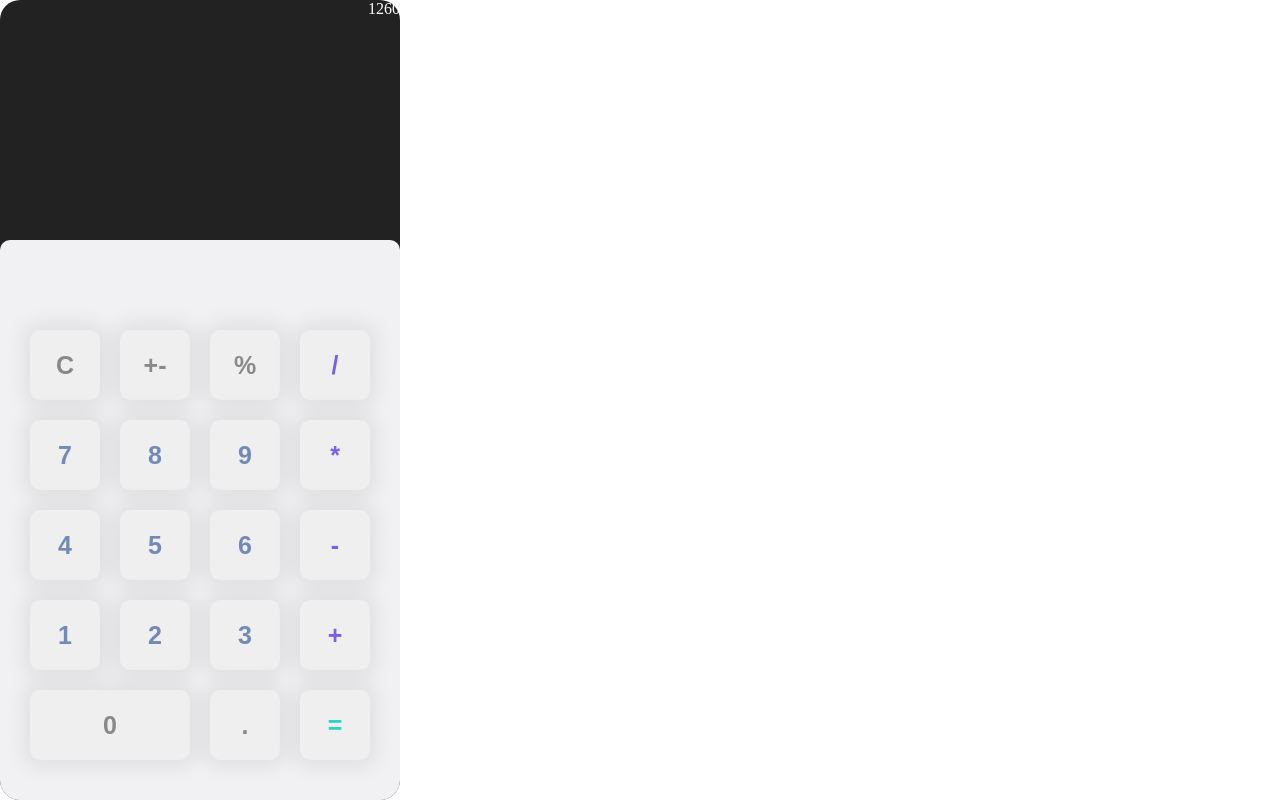
Repository: BrunoBross/calculator
Page: index.html
The author's editor kept a copy of each file at every save. The page is drawn from the files as they stood at one save, then again after a run of saves.
The browser window is 1280 px wide. The pictures show the whole page.

Above is the page before, as saved 2021-11-30 23:15:00.

After the next 3 saves:
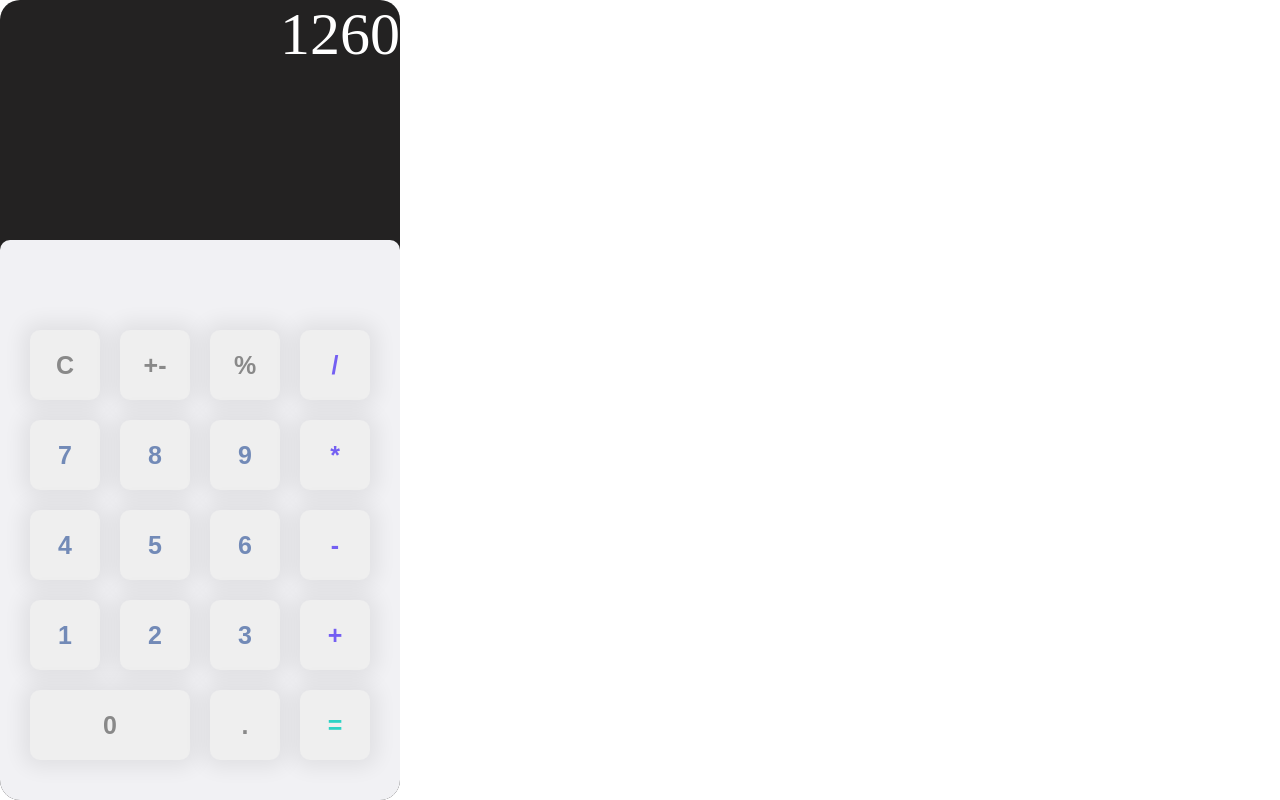
The 3 saves are shown as one change because they came seconds apart.
The last was saved 12 s later.
--- a/style.css
+++ b/style.css
@@ -20,6 +20,7 @@
 
 .view > span{
   color: #FFF;
+  font-size: 60px;
 }
 
 .buttons{
